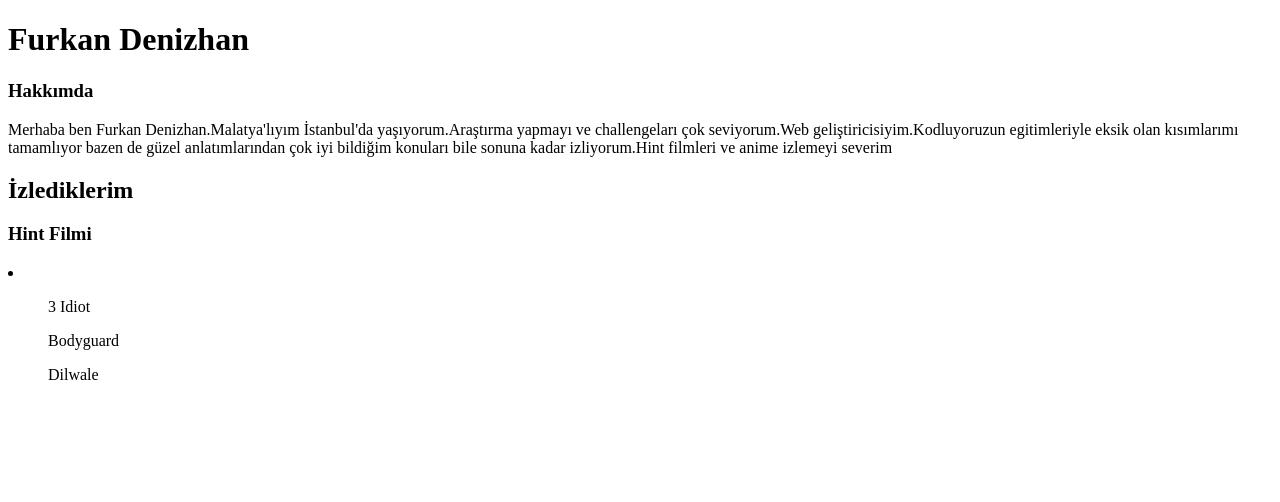
Repository: nevisende/homeworks
Page: 1-Html/index.html
An editor plug-in stored every save of this project. The page is shown before and after the next save, followed by the edit.
The browser window is 1280 px wide. The pictures show the whole page.

Above is the page before, as saved 2021-08-08 12:13:21.

### 1-Html/index.html
<!DOCTYPE html>
<html lang="en">
<head>
    <meta charset="UTF-8">
    <meta http-equiv="X-UA-Compatible" content="IE=edge">
    <meta name="viewport" content="width=device-width, initial-scale=1.0">
    <title>Ödev</title>
</head>
<body>
    <h1>Furkan Denizhan</h1>
    <h3>Hakkımda</h3>
    <p>Merhaba ben Furkan Denizhan.Malatya'lıyım İstanbul'da yaşıyorum.Araştırma yapmayı ve challengeları çok seviyorum.Web geliştiricisiyim.Kodluyoruzun egitimleriyle eksik olan kısımlarımı tamamlıyor bazen de güzel anlatımlarından çok iyi bildiğim konuları bile sonuna kadar izliyorum.Hint filmleri ve anime izlemeyi severim</p>

    <h2>İzlediklerim</h2>
    <h3>Hint Filmi</h3>
    <li>
        <ul>3 Idiot</ul>
        <ul>Bodyguard</ul>
        <ul>Dilwale</ul>
    </li>
</body>
</html>

After the next save:
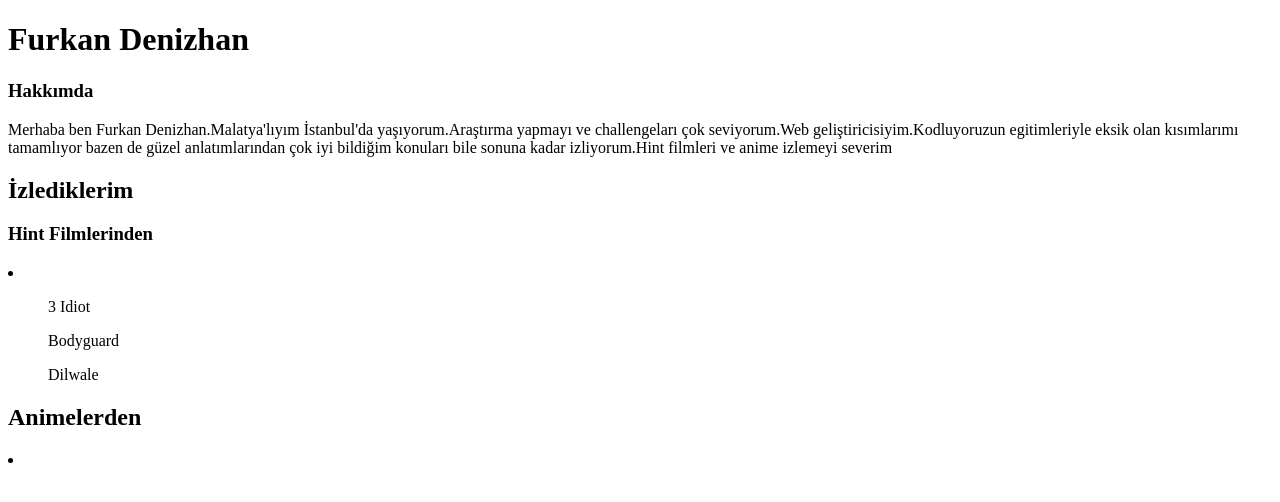
Saved 50 s later.
--- a/1-Html/index.html
+++ b/1-Html/index.html
@@ -12,11 +12,17 @@
     <p>Merhaba ben Furkan Denizhan.Malatya'lıyım İstanbul'da yaşıyorum.Araştırma yapmayı ve challengeları çok seviyorum.Web geliştiricisiyim.Kodluyoruzun egitimleriyle eksik olan kısımlarımı tamamlıyor bazen de güzel anlatımlarından çok iyi bildiğim konuları bile sonuna kadar izliyorum.Hint filmleri ve anime izlemeyi severim</p>
 
     <h2>İzlediklerim</h2>
-    <h3>Hint Filmi</h3>
+    <h3>Hint Filmlerinden</h3>
     <li>
         <ul>3 Idiot</ul>
         <ul>Bodyguard</ul>
         <ul>Dilwale</ul>
     </li>
+    <h2>Animelerden</h2>
+    <li>
+        <ul></ul>
+        <ul></ul>
+        <ul></ul>
+    </li>
 </body>
 </html>
